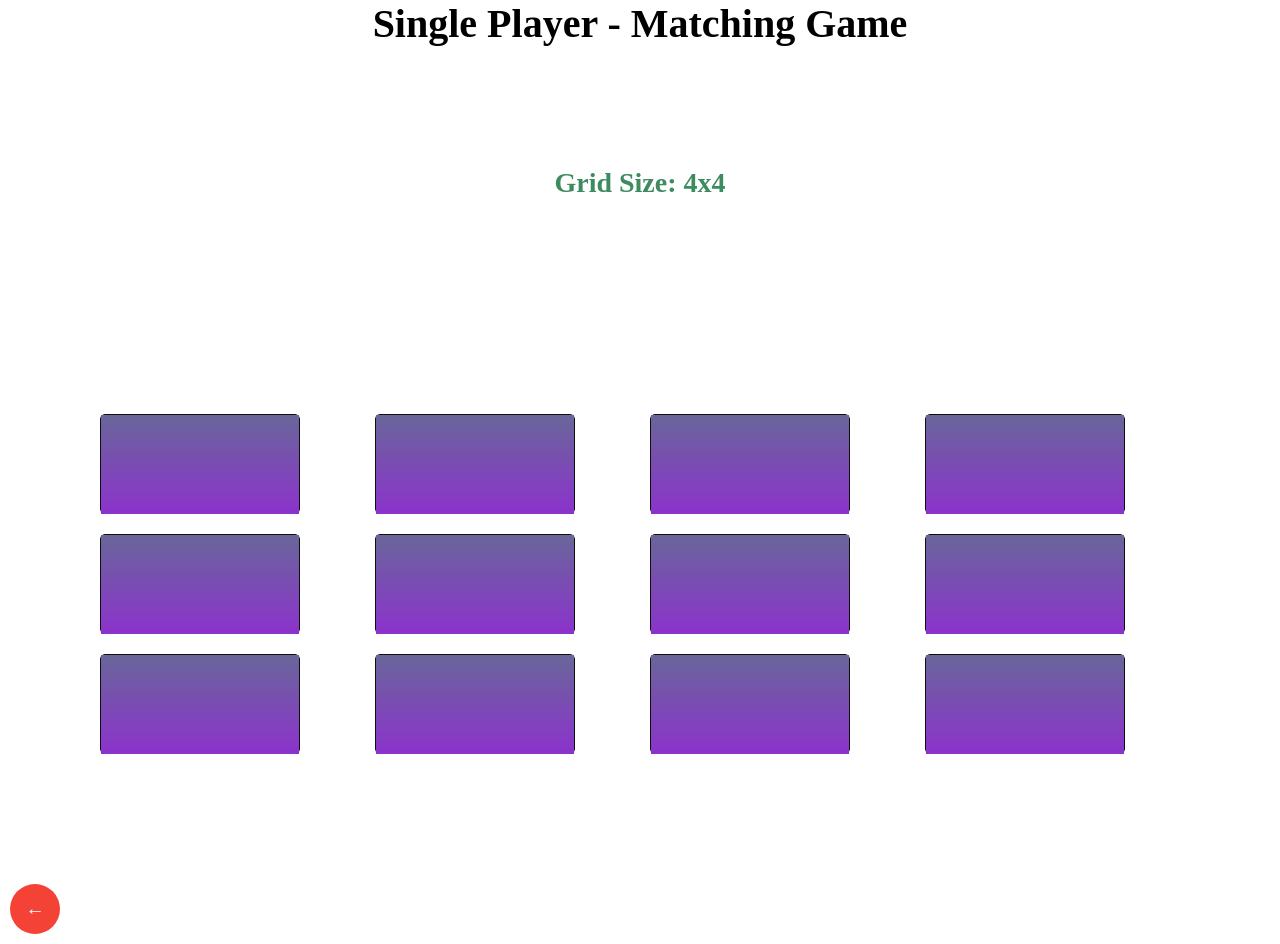
Repository: parnelltse/frontend2-courseproject
Page: /multigame
An editor plug-in stored every save of this project. The page is shown before and after the next save, followed by the edit.
The browser window is 1280 px wide. The pictures show the whole page.
The project was rebuilt for these pictures with package versions that can differ from the ones it lists, and the page was loaded fresh each time. Also part of the build but not shown: vite.config.js, src/pages/landing.jsx, src/pages/home.jsx, src/pages/gameoptions.jsx, src/pages/appsettings.jsx, src/pages/profilesettings.jsx, src/pages/gamehistory.jsx, src/pages/singleplayer.jsx and 3 more.

Above is the page before, as saved 2024-11-17 01:02:42.

### src/App.jsx
import React, { useState } from 'react';
import { BrowserRouter as Router, Routes, Route } from 'react-router-dom';
import { Landing } from './pages/landing';
import Home from './pages/home';
import Gameoptions from './pages/gameoptions';
import AppSettings from './pages/appsettings';
import ProfileSettings from './pages/profilesettings';
import GameHistory from './pages/gamehistory'; // Import GameHistory
import SinglePlayer from './pages/singleplayer';
import MultiPlayer from './pages/multiplayer';
import ResumeGame from './pages/resumegame';
import SingleGame from './pages/singlegame';
import MultiGame from './pages/multigame';

function App() {
  const [scores, setScores] = useState([
    { date: '2024-10-19', score: 85, gameMode: 'Single Player' },
    { date: '2024-10-18', score: 90, gameMode: 'Multiplayer' },
    { date: '2024-10-17', score: 75, gameMode: 'Single Player' },
  ]);

  return (
    <Router>
      <Routes>
        <Route path="/" element={<Landing />} />
        <Route path="/home" element={<Home />} />
        <Route path="/gameoptions" element={<Gameoptions />} />
        <Route path="/appsettings" element={<AppSettings />} />
        <Route path="/profilesettings" element={<ProfileSettings />} />
        <Route path="/gamehistory" element={<GameHistory scores={scores} />} /> {/* Pass scores as prop */}
        <Route path="/singleplayer" element={<SinglePlayer />} />
        <Route path="/multiplayer" element={<MultiPlayer />} />
        <Route path="/resumegame" element={<ResumeGame />} />
        <Route path="/singlegame" element={<SingleGame />} />
        <Route path="/multigame" element={<MultiGame />} />
      </Routes>
    </Router>
  );
}

export default App;

### src/index.css
/** landing page */

.landing-nav {
    display: flex;
    flex-direction: column;
    justify-content: center;
    align-items: center;
    gap: 20px
}

.app .headline {
    text-align: center;
}

/** account form */

.sub-btn {
    align-items: center;
    margin: auto;
    margin-top: 10px;
}


/* Single player*/

.single-btn {
    margin: auto;
    align-items: center;
    background-color: #03dac6;
    color: rgb(74, 96, 86); /* darker text */
}

.single-btn:hover {
    background-color: #018786;
    color: white;

}

.single-container {
    padding-top: 10vh;
    align-items: center;
    margin: auto;
}

.single-bottom {
    margin: auto;
    width: 100vw;
    align-items: center;
    align-self: center;
    display: flex;
    justify-content: center;
    flex-direction: column;
}




.home-container {
    background-color: #fff;
    border-radius: 150px;
    box-shadow: 0 5px 15px rgba(0, 0, 0, 0.35);
    position: relative;
    overflow: hidden;
    width: 768px;
    max-width: 100%;
    min-height: 480px;
    margin: auto;
}

.home-container p {
  font-size: 14px;
  line-height: 20px;
  letter-spacing: 0.3px;
  margin: 20px 0;
}


.home-container span {
  font-size: 12px;
}

.home-container a {
  color: #333;
  font-size: 13px;
  text-decoration: none;
  margin: 15px 0 10px;
}
.home-container button {
  background-color: #6200ea;
  color: #fff;
  padding: 10px 45px;
  border: 2px solid transparent;
  border-radius: 8px;
  font-weight: 600;
  letter-spacing: 0.5px;
  text-transform: uppercase;
  margin-top: 10px;
  cursor: pointer;
}

.home-container button.hidden {
  background-color: transparent;
  border-color: #fff;
}

.home-container form {
  background-color: #fff;
  display: flex;
  align-items: center;
  justify-content: center;
  flex-direction: column;
  padding: 0 40px;
  height: 100%;
}

.home-container input {
  background-color: #eee;
  border: none;
  margin: 8px 0;
  padding: 10px 15px;
  font-size: 13px;
  border-radius: 8px;
  width: 100%;
  outline: none;
}

.sign-up, .sign-in {
  position: absolute;
  top: 0;
  height: 100%;
  transition: all 0.6s ease-in-out;
}

.sign-in {
  left: 0;
  width: 50%;
  z-index: 2;
}

.home-container.active .sign-in {
  transform: translateX(100%);
}

.sign-up {
  left: 0;
  width: 50%;
  z-index: 1;
  opacity: 0;
}

.home-container.active .sign-up {
  transform: translateX(100%);
  opacity: 1;
  z-index: 5;
  animation: move 0.6s;
}

@keyframes move {
  0%, 49.99%{
    opacity: 0;
    z-index: 1;
  }
    50%, 100%{
    opacity: 1;
    z-index: 5;
  }
}

.toogle-container {
  position: absolute;
  top: 0;
  left: 50%;
  width: 50%;
  height: 100%;
  overflow: hidden;
  border-radius: 150px;
  z-index: 1000;
  transition: all 0.6s ease-in-out;
}

.home-container.active .toogle-container {
  transform: translateX(-100%);
  border-radius: 150px;
}

.toogle {
  background-color: #6200ea;
  height: 100%;
  background: #6200ea;
  color: #fff;
  position: relative;
  left: -100%;
  width: 200%;
  transform: translateX(0);
  transition: all 0.6s ease-in-out;
}

.home-container.active .toogle {
  transform: translateX(50%);
}

.toogle-panel {
  position: absolute;
  width: 50%;
  height: 100%;
  display: flex;
  justify-content: center;
  align-items: center;
  flex-direction: column;
  padding: 0 30px;
  text-align: center;
  top: 0;
  transform: translateX(0);
  transition: all 0.6s ease-in-out;
}

.toogle-left {
  transform: translateX(-200%);
}

.home-container.active .toogle-left {
  transform: translateX(0);
}

.toogle-right {
  right: 0;
  transform: translateX(0);
}

.home-container.active .toogle-right {
  transform: translateX(200%);
}


.titleholder {
  display: flex;
  justify-content: center;
  gap: 20px;
  align-items: flex-end;
}

.gameInfo {
  color: #333;
  font-size: 24px;
  padding-bottom: 22px;
  cursor: pointer;
}

.overlayContainer {
  position: fixed; /* Position it fixed to cover the viewport */
  top: 0;
  left: 0;
  right: 0;
  bottom: 0;
  background-color: rgba(0, 0, 0, 0.5); /* Semi-transparent dark background */
  display: flex;
  justify-content: center;
  align-items: center;
  z-index: 2000;
}

.contentBox {
  width: 800px;
  height: 500px;
  background-color: rgb(235, 220, 245);
  border-radius: 20px;
  padding: 40px;
  display: flex;
  flex-direction: column;
  align-items: center;
  justify-content: center;
}

.overlayHeader {
  text-align: center;
  padding-bottom: 20px;
  font-size: 22px;
}

.overlayContent {
  font-size: 18px;
  padding-bottom: 40px;
}

.overButton {
  align-content: center;
  align-items: center;
  font-size: 24px;
}

/* Home page */

.home-board {
  width: 500px;
  height: 400px;
  margin: auto;
  align-items: center;
  display: flex;
  flex-direction: column;
  justify-content: center;
  border-radius: 30px;
  background: #a7cbe9;
}

.play-btn {
  background-color: #3d8b5e; /* Button background */
  color: white; /* Text color */
  font-size: 28px; /* Font size */
  padding: 15px 25px; /* Button padding */
  border: none; /* Remove default border */
  border-radius: 5px; /* Rounded corners */
  position: relative; /* Ensures stacking context for pseudo-element */
  cursor: pointer; /* Pointer cursor on hover */
  overflow: hidden; /* Prevents the animation from spilling outside */
  z-index: 1; /* Prevent the border animation from overflowing */
  height: 60px;
}

.play-btn:hover {
  background-color: #507c62; /* Button background */
}


.game-controls {
  padding: 0 20px;
  display: flex;
  flex-direction: row;
  justify-content: space-between;
  gap: 20px;
}


/* finish screen */

h2 {
  color: #3d8b5e;
  padding: 100px 0 100px 0;
}

### src/pages/multigame.jsx
import React, { useState, useEffect } from "react";
import { useLocation } from "react-router-dom";
import BackButton from "../components/BackButton";
import "../App.css";

const cardImages = [
  "/card-1.png",
  "/card-2.png",
  "/card-3.png",
  "/card-4.png",
  "/card-5.png",
  "/card-6.png",
];

export default function MultiGame() {
	const location = useLocation();
	const { gridSize } = location.state || { gridSize: 4 }; // Default to 4x4

	const totalCards = gridSize * gridSize;

	const [cards, setCards] = useState([]);
	const [flippedCards, setFlippedCards] = useState([]);
	const [gameEnded, setGameEnded] = useState(false);

	useEffect(() => {
	  initializeGame();
	}, [gridSize]);

	const initializeGame = () => {
	  const totalPairs = totalCards / 2;
	  const selectedImages = cardImages.slice(0, totalPairs); // Get unique pairs
	  const shuffledCards = shuffleCards([...selectedImages, ...selectedImages]);

	  setCards(
		shuffledCards.map((image, index) => ({
		  id: index,
		  image,
		  flipped: false,
		  matched: false,
		}))
	  );
	  setFlippedCards([]);
	  setGameEnded(false);
	};

	const shuffleCards = (cards) => {
	  return cards.sort(() => Math.random() - 0.5);
	};

	const handleCardClick = (cardId) => {
	  if (flippedCards.length === 2 || cards.find((card) => card.id === cardId).matched) return;

	  const updatedCards = cards.map((card) =>
		card.id === cardId ? { ...card, flipped: true } : card
	  );
	  setCards(updatedCards);
	  setFlippedCards((prev) => [...prev, cardId]);

	  if (flippedCards.length === 1) {
		const firstCard = cards.find((card) => card.id === flippedCards[0]);
		const secondCard = cards.find((card) => card.id === cardId);

		if (firstCard.image === secondCard.image) {
		  // Match found
		  setTimeout(() => {
			setCards((prev) =>
			  prev.map((card) =>
				card.id === firstCard.id || card.id === secondCard.id
				  ? { ...card, matched: true }
				  : card
			  )
			);
			setFlippedCards([]);
		  }, 500); // Delay to show match
		} else {
		  // No match
		  setTimeout(() => {
			setCards((prev) =>
			  prev.map((card) =>
				card.id === firstCard.id || card.id === secondCard.id
				  ? { ...card, flipped: false }
				  : card
			  )
			);
			setFlippedCards([]);
		  }, 1000); // Delay to flip back
		}
	  }
	};

	useEffect(() => {
	  if (cards.length > 0 && cards.every((card) => card.matched)) {
		setGameEnded(true);
	  }
	}, [cards]);


	return (
		<div className="single-game-container">
      <h1>Single Player - Matching Game</h1>
      <h2>Grid Size: {gridSize}x{gridSize}</h2>

      {gameEnded ? (
        <div>
          <h2 className="congrat">Congratulations! You've matched all the cards!</h2>
          <div className="game-controls">
		  	<BackButton />
			<button onClick={initializeGame}>Play Again</button>
		  </div>
        </div>
      ) : (
		<div>
			<div
			className="game-grid"
			style={{
				gridTemplateColumns: `repeat(${gridSize}, 1fr)`,
				gridTemplateRows: `repeat(${gridSize}, 1fr)`,
			}}
			>
			{cards.map((card) =>
				card.matched ? null : (
				<div
					key={card.id}
					className="game-item"
					onClick={() => handleCardClick(card.id)}
				>
					<img
					src={card.flipped ? card.image : "/back.png"}
					alt="Card"
					className="card-image"
					/>
				</div>
				)
			)}
			</div>
			<BackButton />
		</div>
      )}
    </div>
	);
}

### src/App.css
/* General Reset */
* {
	margin: 0;
	padding: 0;
	box-sizing: border-box;
}

/* Home page */
.container {
	align-items: center; /* Center the items horizontally */
	justify-content: center; /* Center the items vertically */
	min-height: 100vh; /* Full viewport height */
	background-color: #e3f2fd; /* Light blue background color */
	padding: 20px; /* Padding around content */
	padding-top: 15vh;
}

header {
	text-align: center;
	margin-bottom: 40px; /* Space below header */
	margin: auto;
}

button {
	background-color: #1e88e5; /* Button background color */
	color: white; /* White text color */
	border: none; /* Remove border */
	border-radius: 5px; /* Rounded corners */
	padding: 10px; /* Padding for buttons */
	cursor: pointer; /* Pointer cursor */
	transition: background-color 0.3s; /* Smooth background transition */
	width: 200px; /* Fixed width for all buttons */
	height: 50px; /* Fixed height for all buttons */
	font-size: 1rem; /* Font size for button text */
	margin: 10px; /* Space between buttons */
}

button:hover {
	background-color: #1565c0; /* Darker button color on hover */
}

.button-container {
	display: flex; /* Use flexbox for button alignment */
	flex-direction: column; /* Stack buttons vertically */
	align-items: center; /* Center buttons horizontally */
}

.title {
	font-size: 2.5rem; /* Title font size */
	text-align: center; /* Center the title text */
	margin-bottom: 20px; /* Space below title */
}

.profile-button {
	background-color: #6200ea; /* Primary color */
	color: white; /* White text */
	border: none; /* Remove border */
	border-radius: 5px; /* Rounded corners */
	padding: 10px 20px; /* Button padding */
	font-size: 24px; /* Font size */
	cursor: pointer; /* Pointer cursor on hover */
	transition: background-color 0.3s; /* Smooth background transition */
	width: 200px; /* Ensure the width matches other buttons */
	height: 50px; /* Ensure the height matches other buttons */
	margin-top: 100px;
}

.profile-button:hover {
	background-color: #3700b3; /* Darker shade on hover */
}

.button-container {
	display: flex;
	gap: 20px; /* Space between buttons */
}

.play-button,
.settings-button {
	background-color: #03dac6; /* Secondary color */
	border: none;
	border-radius: 5px;
	padding: 15px 25px; /* Button padding */
	font-size: 1.5rem; /* Font size */
	cursor: pointer; /* Pointer cursor on hover */
	transition: background-color 0.3s; /* Smooth background transition */
	align-items: center;
	text-align: center;
}

.play-button {
	color: rgb(74, 96, 86); /* darker text */
}

.settings-button {
	color: white; /* white text */
}

.play-button:hover {
	background-color: #018786; /* Darker shade on hover */
	color: white; /* white text */

}

.settings-button {
	background-color: #ff5722; /* Different color for settings */
}

.settings-button:hover {
	background-color: #c41c00; /* Darker shade on hover */
}

/* Typography */
h1 {
	font-size: 2.5rem;
	text-align: center;
	margin-bottom: 20px;
}

h2 {
	font-size: 1.75rem;
	text-align: center;
	margin-bottom: 15px;
}

/* Button Styles */
button {
	background-color: #6200ea;
	color: white;
	padding: 10px 20px;
	border: none;
	border-radius: 5px;
	cursor: pointer;
	margin: 10px;
	transition: background-color 0.3s ease;
}

button:hover {
	background-color: #3700b3;
}

/* Form Input Styles */
input[type="text"],
input[type="password"],
input[type="number"] {
	width: 100%;
	padding: 10px;
	margin: 10px 0;
	box-sizing: border-box;
	border: 2px solid #ccc;
	border-radius: 4px;
}

form {
	max-width: 400px;
	margin: 20px auto;
	display: flex;
	flex-direction: column;
}

/* Back Button */
button.back-btn {
	background-color: #f44336;
	color: white;
	border-radius: 50%;
	width: 50px;
	height: 50px;
	display: flex;
	justify-content: center;
	align-items: center;
	font-size: 1.2rem;
}

button.back-btn:hover {
	background-color: #e53935;
}

/* App Settings */
.app-settings {
	display: flex;
	flex-direction: column;
	justify-content: center;
	align-items: center;
	padding: 20px;
	text-align: center;
	min-height: 100vh;
	padding-top: 20vh;
}

.setting-bottons {
	display: flex;
	justify-content: center;
	flex-direction: column;
	margin: auto;
	align-items: center;
}

.theme-toggle {
	background-color: #333;
	color: white;
	padding: 10px;
	border-radius: 5px;
	cursor: pointer;
}

.theme-toggle:hover {
	background-color: #555;
}

/* Game Options */
.game-options {
	display: flex;
	flex-direction: column;
	align-items: center;
	margin: 20px;
}

button.grid-size {
	background-color: #2196f3;
	margin: 5px;
}

button.grid-size:hover {
	background-color: #1976d2;
}

/* single and multiplayer pages */
img {
	max-width: 100%;
	height: auto;
	display: block;
	margin: 0 auto;
}

.game-grid {
	display: grid;
	justify-content: center; /* Center the grid */
	gap: 20px; /* Space between cards */
	padding: 100px 100px 0 100px;
	grid-template-columns: repeat(auto-fit, minmax(100px, 1fr)); /* Auto-adjust columns */
	margin-bottom: 0;
  }

.game-item {
	background-color: #c5d9e8; /* Background color for game items */
	border: 1px solid #100f0f; /* Border for each game item */
	border-radius: 5px; /* Rounded corners */
	display: flex; /* Center content */
	align-items: center; /* Center content vertically */
	justify-content: center; /* Center content horizontally */
	height: 100px; /* Fixed height for game items */
	width: 200px;
	font-size: 1.2em; /* Font size for game item text */
}

/* history page */

.history-container {
	display: flex;
	flex-direction: column;
	align-items: center;
	justify-content: center;
	min-height: 100vh; /* Full viewport height */
	background-color: #f9f9f9; /* Light background color */
	padding: 20px; /* Padding around content */
}

.history-title {
	font-size: 2.5rem; /* Title font size */
	color: #333; /* Darker text color */
	margin-bottom: 10px; /* Space below title */
}

.history-description {
	font-size: 1.2rem; /* Description font size */
	color: #666; /* Slightly lighter text color */
	text-align: center; /* Center-align description */
	margin-bottom: 30px; /* Space below description */
}

.score-table {
	width: 100%;
	max-width: 600px; /* Max width for the table */
	margin: 0 auto; /* Center the table */
	background-color: white; /* White background for the table */
	border-radius: 8px; /* Rounded corners */
	box-shadow: 0 4px 8px rgba(0, 0, 0, 0.1); /* Subtle shadow */
	overflow: hidden; /* Ensure rounded corners apply */
}

table {
	width: 100%; /* Full width of the table */
	border-collapse: collapse; /* Remove space between table cells */
}

th,
td {
	padding: 15px; /* Cell padding */
	text-align: left; /* Align text to the left */
	border-bottom: 1px solid #e0e0e0; /* Bottom border for rows */
}

th {
	background-color: #6200ea; /* Header background color */
	color: white; /* White text for header */
}

tr:hover {
	background-color: #f1f1f1; /* Highlight row on hover */
}

.back-button {
	margin-top: 20px; /* Space above the back button */
}

/* profile settings page*/

.profile-settings-container {
	display: flex;
	flex-direction: column;
	align-items: center;
	justify-content: center;
	min-height: 100vh; /* Full viewport height */
	background-color: #f9f9f9; /* Light background color */
	padding: 20px; /* Padding around content */
}

.profile-settings-title {
	font-size: 2.5rem; /* Title font size */
	color: #333; /* Darker text color */
	margin-bottom: 20px; /* Space below title */
}

.submitted-username {
	font-size: 1.5rem; /* Font size for submitted username */
	color: #6200ea; /* Color for submitted username */
	margin-bottom: 20px; /* Space below username display */
}

.profile-settings-form {
	display: flex;
	flex-direction: column;
	align-items: center; /* Center align the form elements */
	margin-bottom: 20px; /* Space below the form */
}

.username-input {
	padding: 10px; /* Padding for input */
	font-size: 1rem; /* Font size for input */
	border: 1px solid #ccc; /* Border for input */
	border-radius: 4px; /* Rounded corners */
	margin-bottom: 10px; /* Space below input */
	width: 100%; /* Full width */
	max-width: 300px; /* Max width for input */
}

.save-button {
	padding: 10px 20px; /* Padding for button */
	background-color: #6200ea; /* Button background color */
	color: white; /* Button text color */
	border: none; /* Remove border */
	border-radius: 4px; /* Rounded corners */
	cursor: pointer; /* Pointer cursor on hover */
	font-size: 1rem; /* Font size for button */
}

.save-button:hover {
	background-color: #3700b3; /* Darker button color on hover */
}

.navigation-buttons {
	display: flex;
	gap: 10px; /* Space between navigation buttons */
}

.scores-button {
	padding: 10px 20px; /* Padding for button */
	background-color: #03dac6; /* Button background color */
	color: white; /* Button text color */
	border: none; /* Remove border */
	border-radius: 4px; /* Rounded corners */
	cursor: pointer; /* Pointer cursor on hover */
	font-size: 1rem; /* Font size for button */
}

.scores-button:hover {
	background-color: #018786; /* Darker button color on hover */
}

/* game options page */

.game-options-container {
	display: flex;
	flex-direction: column;
	align-items: center;
	justify-content: center;
	min-height: 100vh; /* Full viewport height */
	background-color: #f0f4f8; /* Light background color */
	padding: 20px; /* Padding around content */
}

.game-options-title {
	font-size: 2.5rem; /* Title font size */
	color: #333; /* Darker text color */
	margin-bottom: 40px; /* Space below title */
}

.game-options-buttons {
	display: flex;
	flex-direction: column; /* Arrange buttons vertically */
	gap: 15px; /* Space between buttons */
}

.game-option-button {
	padding: 15px 30px; /* Padding for buttons */
	font-size: 1.2rem; /* Font size for buttons */
	background-color: #6200ea; /* Button background color */
	color: white; /* Button text color */
	border: none; /* Remove border */
	border-radius: 5px; /* Rounded corners */
	cursor: pointer; /* Pointer cursor on hover */
	transition: background-color 0.3s; /* Smooth background transition */
	width: 100%; /* Full width */
	max-width: 300px; /* Max width for buttons */
}

.game-option-button:hover {
	background-color: #3700b3; /* Darker button color on hover */
}

/* create account page */

.create-container {
	display: flex;
	flex-direction: column;
	align-items: center;
	justify-content: center;
	min-height: 100vh; /* Full viewport height */
	background-color: #f0f4f8; /* Light background color */
	padding: 20px; /* Padding around content */
}

.create-header {
	text-align: center; /* Center header text */
	margin-bottom: 40px; /* Space below header */
}

.create-header h1 {
	font-size: 2.5rem; /* Title font size */
	color: #000000; /* Primary color for title */
}

.create-header h2 {
	font-size: 1.5rem; /* Subtitle font size */
	color: #333; /* Darker color for subtitle */
	margin-top: 10px; /* Space above subtitle */
}

.create-container > * {
	margin: 10px 0; /* Space between elements */
}

.back-button {
	margin-top: 20px; /* Space above back button */
	background-color: #6200ea; /* Match primary color */
	color: white; /* White text color */
	border: none; /* Remove border */
	border-radius: 5px; /* Rounded corners */
	padding: 10px 20px; /* Padding for button */
	cursor: pointer; /* Pointer cursor */
	transition: background-color 0.3s; /* Smooth background transition */
}

.back-button:hover {
	background-color: #3700b3; /* Darker button color on hover */
}

/* login page */
.login-container {
	align-items: flex-start;
	justify-content: center;
	min-height: 100vh; /* Full viewport height */
	background-color: #ede3fd; /* Light blue background color */
	padding-top: 20vh;
}

.login-header {
	text-align: center; /* Center header text */
	margin-bottom: 40px; /* Space below header */
}

.login-header h1 {
	font-size: 2.5rem; /* Title font size */
	color: #3700b3; /* Primary color for title */
}

.login-header h2 {
	font-size: 1.5rem; /* Subtitle font size */
	color: #424242; /* Darker color for subtitle */
	margin-top: 10px; /* Space above subtitle */
}

.account-form {
	width: 100%; /* Full width for the form */
	max-width: 400px; /* Maximum width for the form */
	background-color: white; /* White background for form */
	border-radius: 8px; /* Rounded corners */
	box-shadow: 0 2px 10px rgba(0, 0, 0, 0.1); /* Subtle shadow */
	padding: 20px; /* Padding inside the form */
}

button {
	background-color: #6200ea; /* Match primary color */
	color: white; /* White text color */
	border: none; /* Remove border */
	border-radius: 5px; /* Rounded corners */
	padding: 10px 20px; /* Padding for button */
	cursor: pointer; /* Pointer cursor */
	transition: background-color 0.3s; /* Smooth background transition */
}

button:hover {
	background-color: #3700b3; /* Darker button color on hover */
}

.account-form input {
	margin: 10px 0; /* Space between inputs */
	padding: 10px; /* Padding for inputs */
	border: 1px solid #ccc; /* Light border for inputs */
	border-radius: 5px; /* Rounded corners for inputs */
	width: 100%; /* Full width for inputs */
}

### src/components/BackButton.jsx
import React from "react";
import { useNavigate } from "react-router-dom";

export default function BackButton() {
	const navigate = useNavigate();

	return (
		<button className="back-btn" onClick={() => navigate(-1)}>
			&#x2190;
		</button>
	);
}

Loaded but not shown: index.html (common file); src/main.jsx (common file)

After the next save:
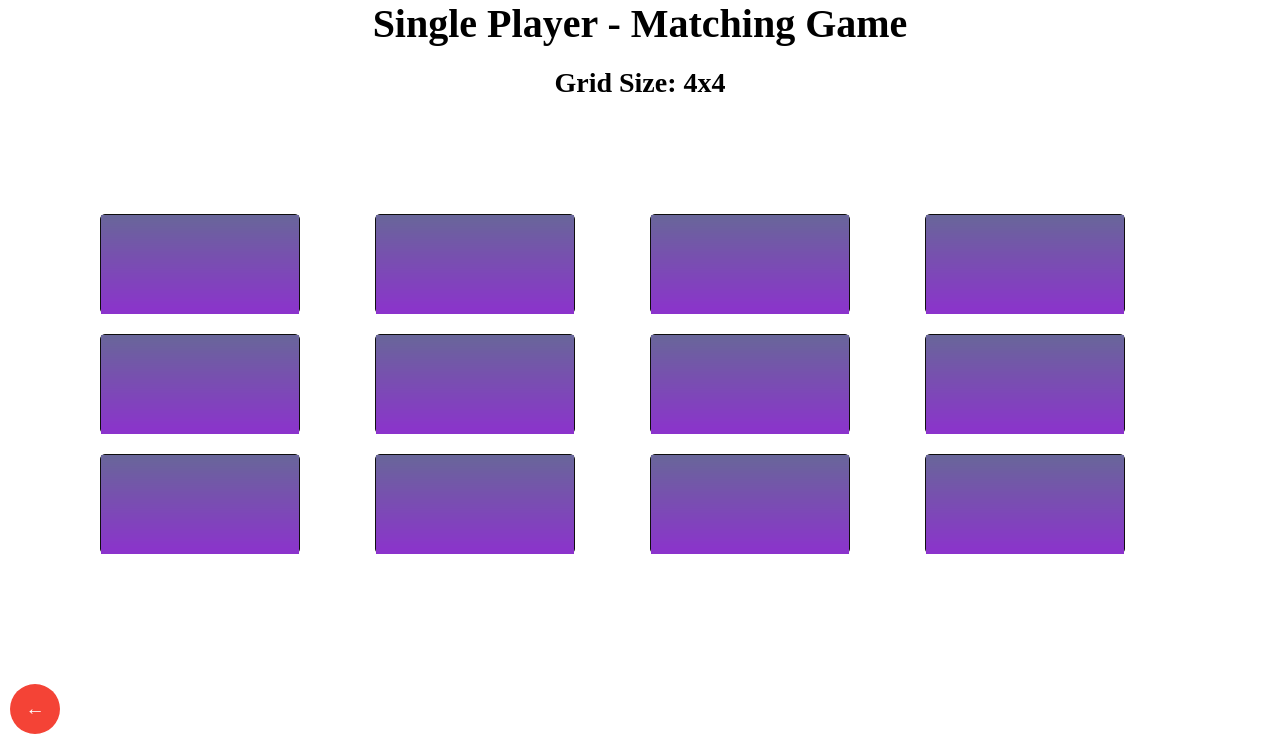
Saved 8 s later.
--- a/src/index.css
+++ b/src/index.css
@@ -332,7 +332,7 @@
 
 /* finish screen */
 
-h2 {
+.congrat {
   color: #3d8b5e;
   padding: 100px 0 100px 0;
 }
